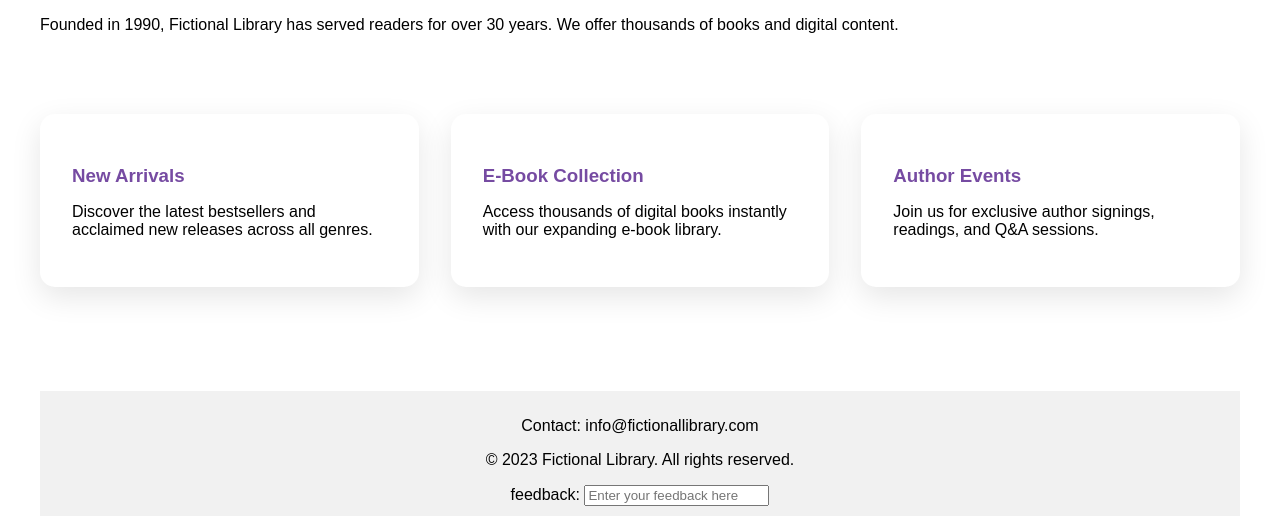
Repository: Ibrahim-Abohola/BookStore
Page: Homepage.html
An editor plug-in stored every save of this project. The page is shown before and after a run of saves, followed by the edit.
The browser window is 1280 px wide. The pictures show the part of the page from y = 194 to 761 px (the page is 720 px tall before and 761 px after).

Above is the page before, as saved 2025-07-15 20:49:17.

After the next 3 saves:
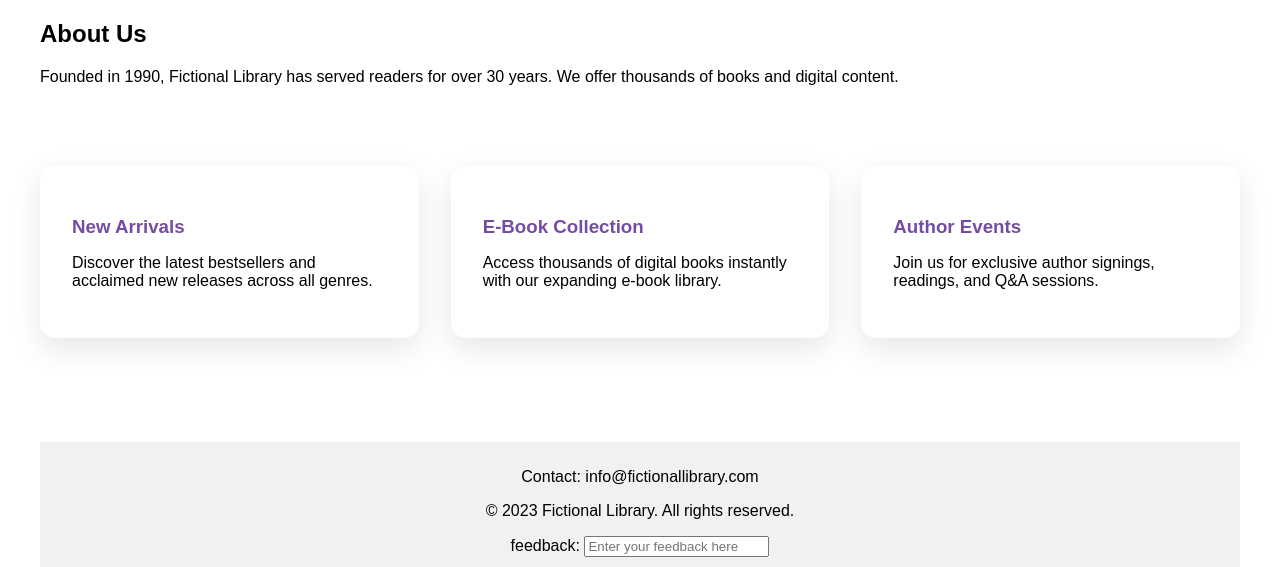
The 3 saves are shown as one change because they came seconds apart.
The last was saved 26 s later.
--- a/Homepage.html
+++ b/Homepage.html
@@ -25,6 +25,7 @@
             <!--img src="bookstore.jpg" alt="Bookstore Image" class="hero-image"-->
         </header>
         <section class = "intro">
+            <h2>About Us</h2>
                     <p>Founded in 1990, Fictional Library has served readers for over 30 years. We offer thousands of books and digital content.</p>
         </section>
         <section class = "highlights">
